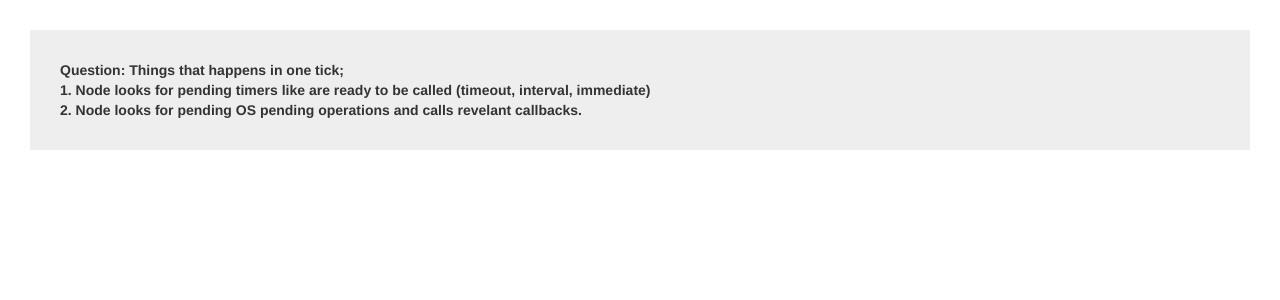
Repository: rahil001/preparation
Page: javascriptPrac/index.html
The author's editor kept a copy of each file at every save. The page is drawn from the files as they stood at one save, then again after the next save.
The browser window is 1280 px wide. The pictures show the whole page.

Above is the page before, as saved 2019-10-27 21:02:15.

After the next save:
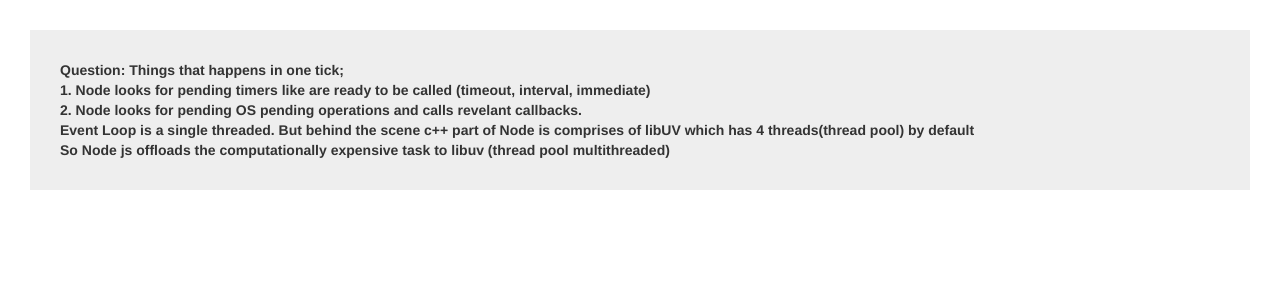
Saved 10 min 35 s later.
--- a/javascriptPrac/index.html
+++ b/javascriptPrac/index.html
@@ -24,6 +24,10 @@
         2. Node looks for pending OS pending operations and calls revelant callbacks.
         </div>
     </div>
+    <div>
+        Event Loop is a single threaded. But behind the scene c++ part of Node is comprises of libUV which has 4 threads(thread pool) by default
+        <div>So Node js offloads the computationally expensive task to libuv (thread pool multithreaded)</div>
+    </div>
 
 </div>
 <script src="app.js"></script>
